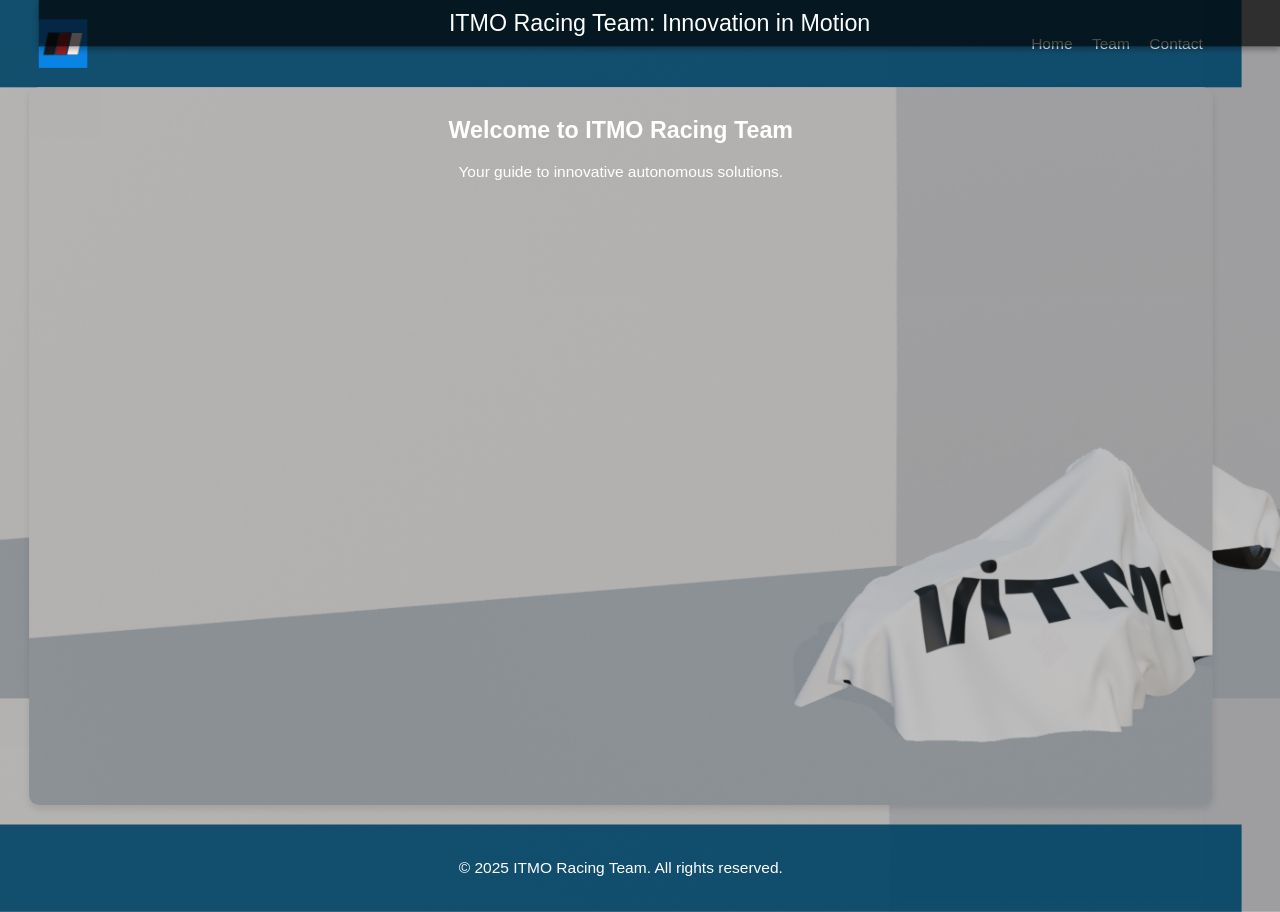
Repository: fs-itmo/fs-itmo.github.io
Page: index.html
The author's editor kept a copy of each file at every save. The page is drawn from the files as they stood at one save, then again after the next save.
The browser window is 1280 px wide. The page is 1320 px wide, so the pictures cover 1320 px, including what lies to the right of the window. The pictures show the whole page, at 97% of full size.
Backgrounds fixed to the window are drawn as part of the page.

Above is the page before, as saved 2024-12-30 15:21:51.

After the next save:
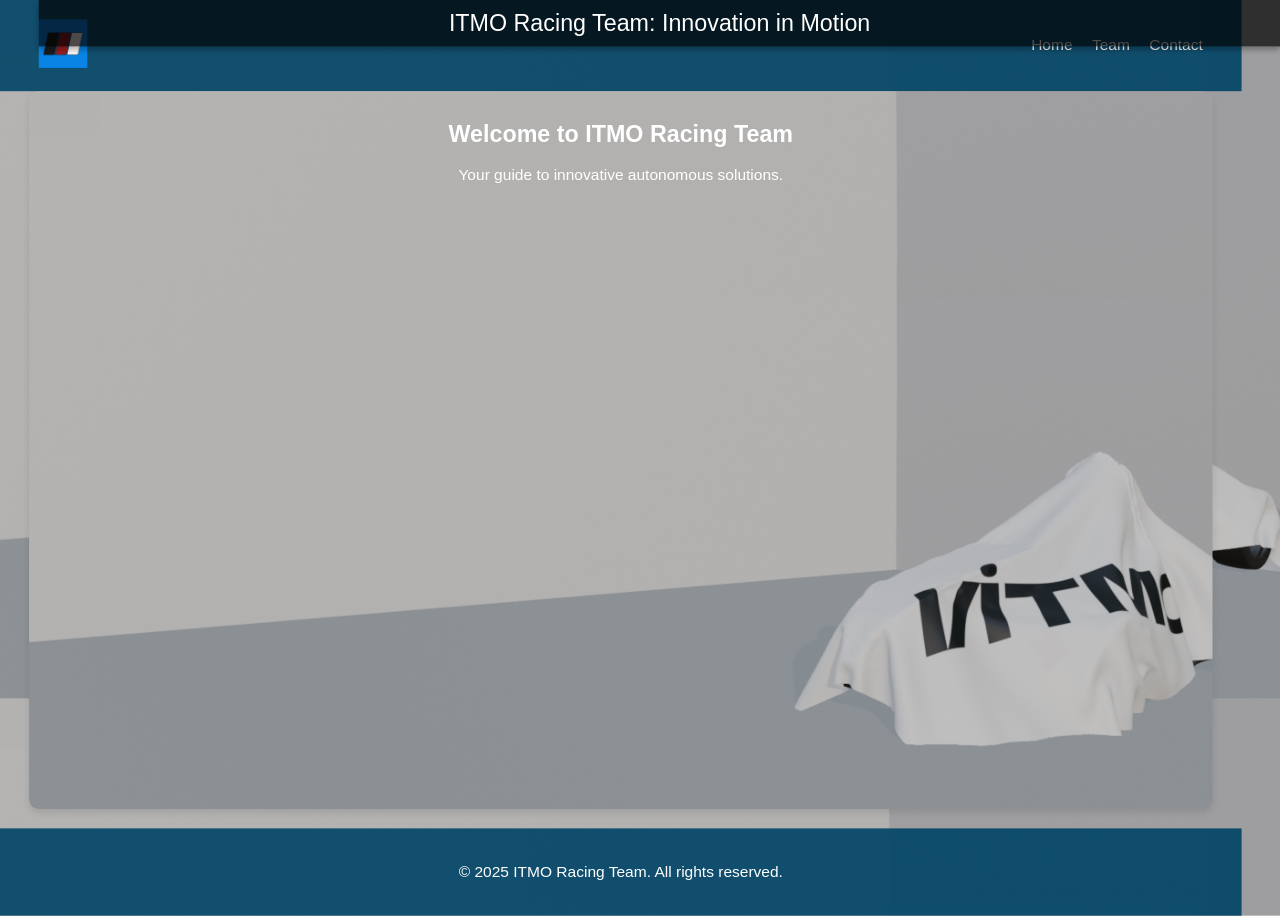
Saved 5 min 53 s later.
--- a/index.html
+++ b/index.html
@@ -10,9 +10,11 @@
 
     <header>
         <div class="container">
-            <img src="assets/images/logo.png" alt="Logo" class="logo">
-            <div class="top-caption">
-                ITMO Racing Team: Innovation in Motion
+            <div class="logo-caption-container">
+                <img src="assets/images/logo.png" alt="Logo" class="logo">
+                <div class="top-caption">
+                    ITMO Racing Team: Innovation in Motion
+                </div>
             </div>
             <nav>
                 <ul>
@@ -23,6 +25,7 @@
             </nav>
         </div>
     </header>
+
 
     <section id="home">
         <h1>Welcome to ITMO Racing Team</h1>
